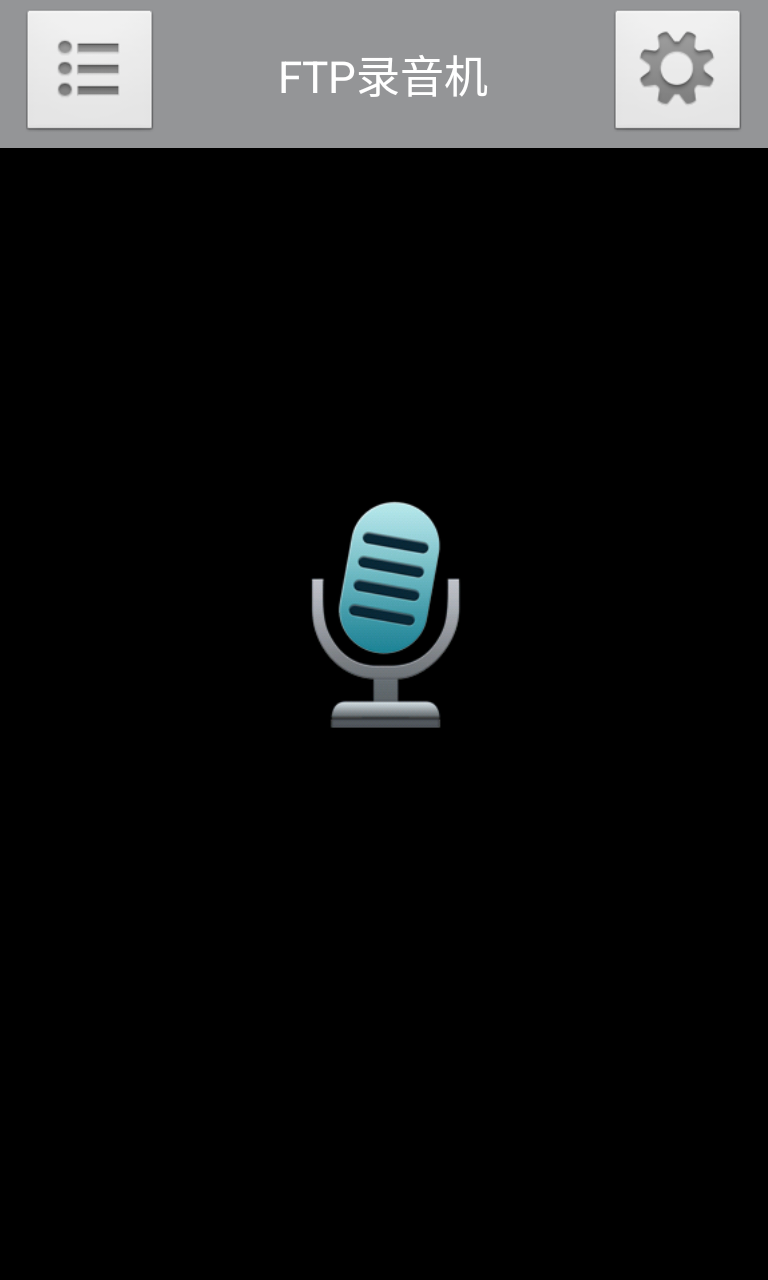
Repository: stone-jin/WAVRecoder
Layout: WAVRecoder2/res/layout/main.xml
The author's editor kept a copy of each file at every save. The layout is drawn from the files as they stood at one save, then again after the next save.
It is drawn on a 768 x 1280 px phone screen (xhdpi) without system bars, with theme Anim_style2; the app's code is not run.

Above is the layout before, as saved 2014-05-06 18:59:32.

After the next save:
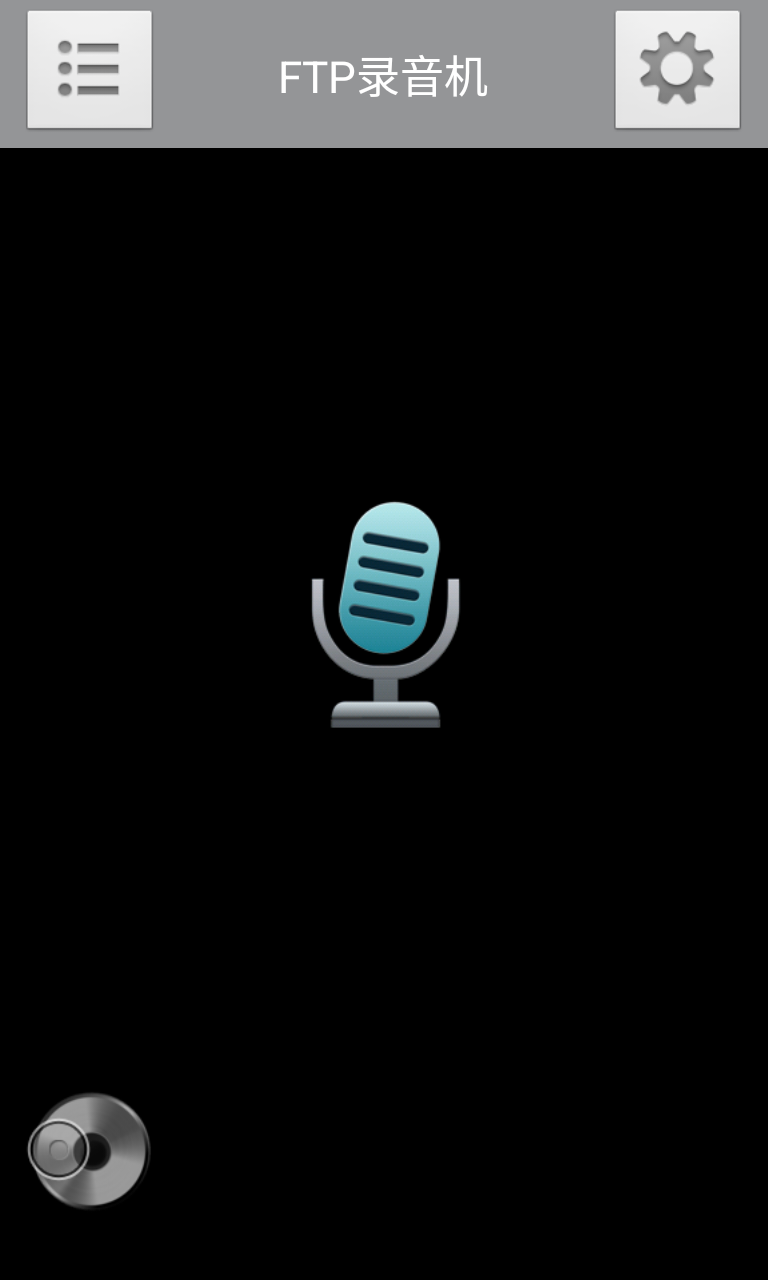
Saved 2 min 56 s later.
--- a/WAVRecoder2/res/layout/main.xml
+++ b/WAVRecoder2/res/layout/main.xml
@@ -27,6 +27,13 @@
         android:orientation="horizontal"
         >
 
+        <RadioButton
+            android:layout_width="wrap_content"
+            android:layout_height="wrap_content"
+            android:background="@drawable/btn_rekam_disabled"
+            android:layout_marginLeft="10dp"
+            />
+
     </LinearLayout>
 
 
